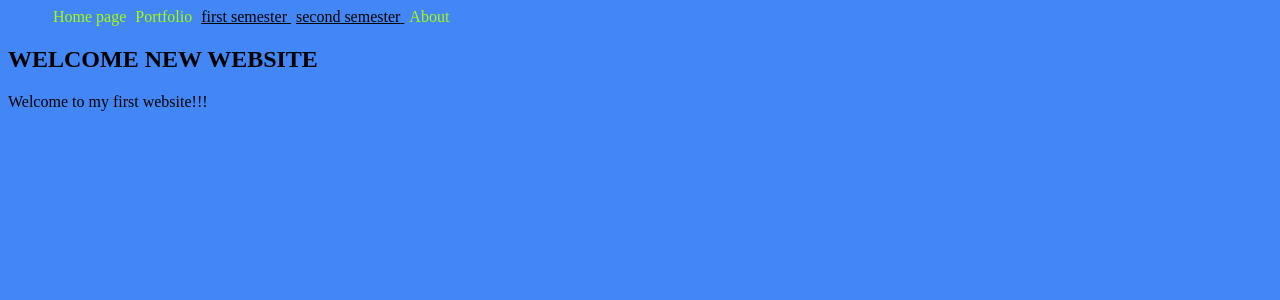
Repository: KevinBach02/KevinBach02.github.io
Page: index.html
The author's editor kept a record of every edit. The page is drawn from the files as they stood at one moment, then again after the next edit.
The browser window is 1280 px wide. The pictures show the whole page.

Above is the page before.

### index.html
<html>
    <head>
        <title>Home</title>
        <link rel="stylesheet" href="./styles/style.css">

    </head>

    <body>
       <ul>
       <li><a href="index.html">Home page</a></li>
       <li><a href="portfolio">Portfolio</a>
           <u>
            <li>first semester</li>
            <li>second semester</li>
           </u>
       </li>
       <li><a href="about.html">About</a></li>
       </ul>


        <h2>WELCOME NEW WEBSITE</h2>
        <p>Welcome to my first website!!!</p>

    </body>


</html>

### styles/style.css
body{
    background-color:#4287f5;
    list-style:none;
}

a{
  color:#a6fc05;
  text-decoration: none;
}

li{
    display:inline;
    padding-left:5px;
}

After the next edit:
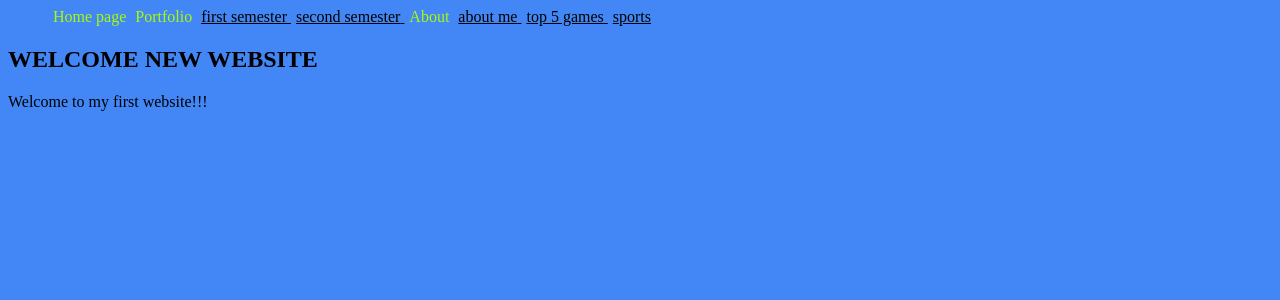
The edit:
--- a/index.html
+++ b/index.html
@@ -14,7 +14,13 @@
             <li>second semester</li>
            </u>
        </li>
-       <li><a href="about.html">About</a></li>
+       <li><a href="about.html">About</a>
+       <u>
+            <li>about me</li>
+            <li>top 5 games</li>
+            <li>sports</li>
+           </u>
+       </li>
        </ul>
 
 
